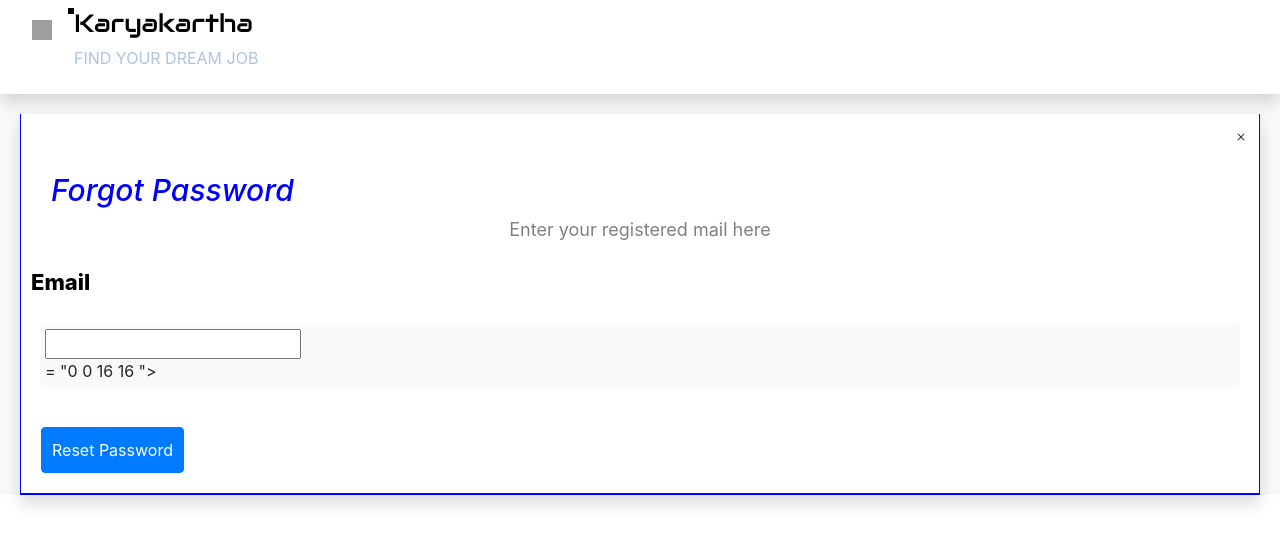
Repository: siri548/Karyakartha
Page: forgotPage.html
An editor plug-in stored every save of this project. The page is shown before and after a run of saves, followed by the edit.
The browser window is 1280 px wide. The pictures show the whole page.
Pictures or frames that could not be fetched are drawn as grey boxes.

Above is the page before, as saved 2023-11-04 18:07:11.
Console error (its wording comes from the project's code and is left out).

After the next 2 saves:
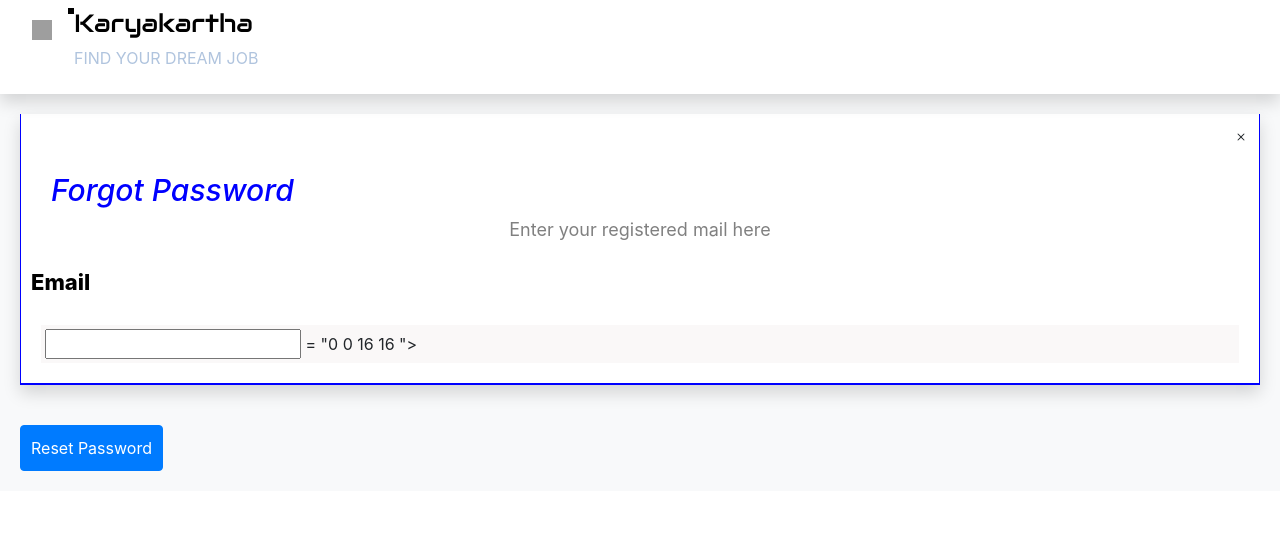
The 2 saves are shown as one change because they came seconds apart.
The last was saved 11 s later.
--- a/forgotPage.html
+++ b/forgotPage.html
@@ -66,7 +66,7 @@
                 <h1 class="forgotPage-emailHeading ">Email</h1>
             </div>
             <div class="forgotPage-inputContainer ">
-                <input typ e="text paceholder=" enter your mail.. " lss="forgotPage-input ">
+                <input type="text paceholder=" enter your mail.. "
                 <div cla ss=e xt-rgt "> = "0 0 16 16 ">
 
 

After the 3 saves that followed:
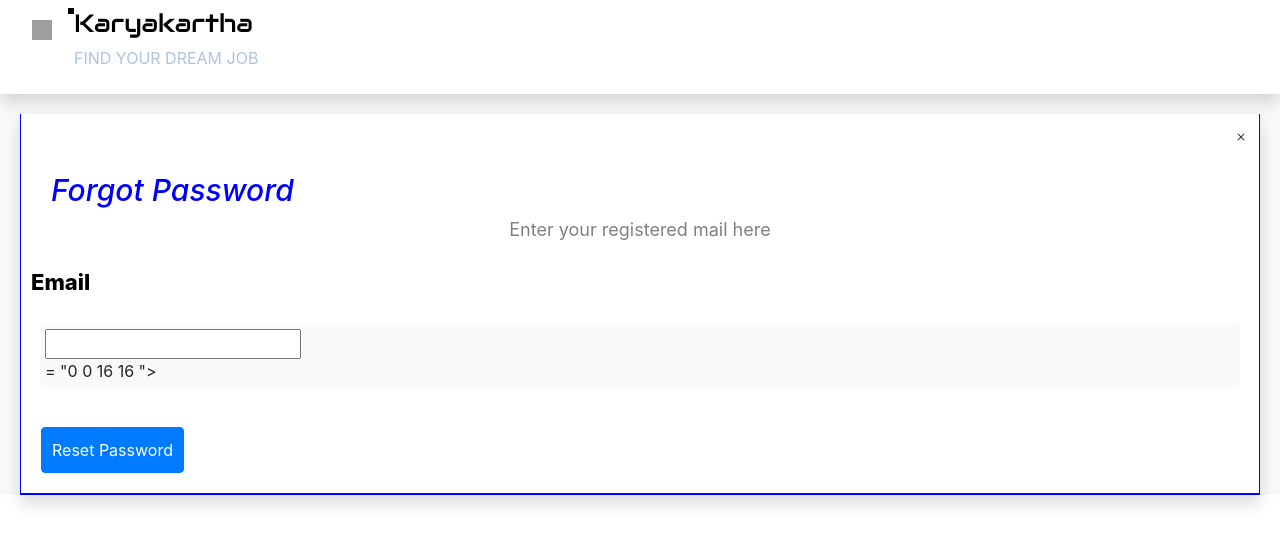
The 3 saves are shown as one change because 1 left the picture as it was and some came seconds apart.
The last was saved 12 s later.
--- a/forgotPage.html
+++ b/forgotPage.html
@@ -65,9 +65,9 @@
             <div>
                 <h1 class="forgotPage-emailHeading ">Email</h1>
             </div>
-            <div class="forgotPage-inputContainer ">
-                <input type="text paceholder=" enter your mail.. "
-                <div cla ss=e xt-rgt "> = "0 0 16 16 ">
+            <div   class  = "forgotPage-inputContainer ">
+            <input type   = "text" paceholder = " enter your mail.. ">
+            <div   cla ss = e xt-rgt "> = "0 0 16 16 ">
 
 
             </div>
